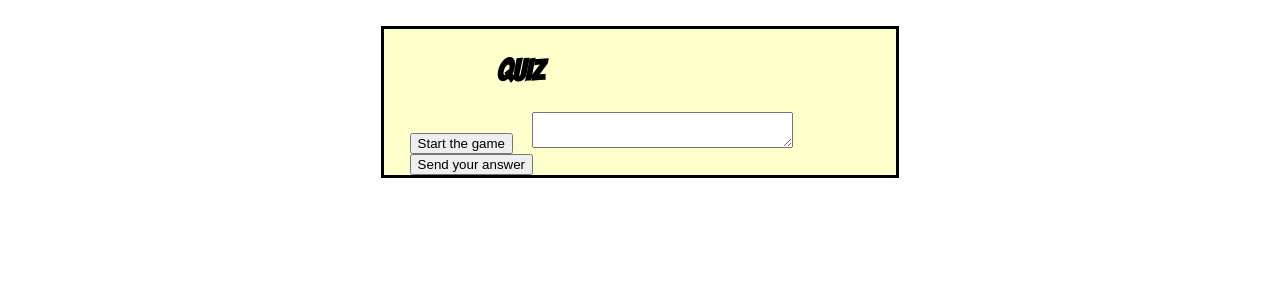
Repository: jb223cp/1dv403-laborationer
Page: 4-thequiz/index.html
The author's editor kept a record of every edit. The page is drawn from the files as they stood at one moment, then again after the next edit.
The browser window is 1280 px wide. The pictures show the whole page.

Above is the page before.

### 4-thequiz/index.html
<!DOCTYPE html>
<html lang="sv">
<head>
	<meta charset="UTF-8" />
	<link href='//fonts.googleapis.com/css?family=Bangers' rel='stylesheet' type='text/css'>
	<link rel="stylesheet" href="css/main.css" media="only screen and (min-width:768px)" />
	      <script src="script/quiznew.js"></script>

 	<title>The Quiz</title>

</head>
    <body>
        <section id="container">
            <h1>QUIZ</h1>



            <input  type="button" class="button" value="Start the game" id="start"></input>
            <textarea cols="30" rows="2" maxlength="250" name="Answer" id="answer"></textarea>
            <input  type="button" class="button" value="Send your answer" id="send"></input>
        </section>
    </body>
</html>

### 4-thequiz/css/main.css
html, body, div, span, applet, object, iframe,
p, blockquote, pre,
a, abbr, acronym, address, big, cite, code,
del, dfn, em, img, ins, kbd, q, s, samp,
small, strike, strong, sub, sup, tt, var,
b, u, i, center, ol, ul, li,
fieldset, form, label, legend,
table, caption, tbody, tfoot, thead, tr, th, td,
article, aside, canvas, details, embed,
figure, figcaption, footer, header, hgroup,
menu, nav, output, ruby, section, summary,
time, mark, audio, video {
	margin: 0;
	padding: 0;
	border: 0;
	font-size: 100%;
	font: inherit;
	vertical-align: baseline;
}
/* HTML5 display-role reset for older browsers */

article, aside, details, figcaption, figure,
footer, header, hgroup, menu, nav, section {
	display: block;
}

section{
    width:40%;
    margin-top:2%;
    background-color:#FFFFCC;
    margin-left:auto;
    margin-right:auto;
    border-style:solid;
    border-color:black;
    border-width:3px;
}

.button{
	margin-left:5%;
}
textarea{
	margin-left:3%;
}

h1{
	font-size:1.9em;
    font-family: 'Bangers';
    padding-left:22%;
}

p{
	font-size:1.2em;
    font-family: 'Bangers';
    padding-left:5%;
}
.question{
	padding-top:2%;
	font-size:1.3em;
}

### 4-thequiz/script/quiznew.js
"use strict";

function Quiz() {


    var start = document.getElementById("start");
    var send = document.getElementById("send");
    var counterGlobal=0;
    var counterPartial=0;
    start.enabled=true;

//Calls the function that gets one question from third part
    start.onclick = function() {
             Question("http://vhost3.lnu.se:20080/question/1");
        }


//Function that gets one question from adress in argument
        function Question(URL){

            var xhr = new XMLHttpRequest();
            xhr.open("GET", URL, true);
            xhr.send(null);
            var objQuestion;

            xhr.onreadystatechange = function() {

                if((xhr.readyState === 4 && xhr.status===200) || xhr.status==304){

                        objQuestion = JSON.parse(xhr.responseText);
                        var questionParagraph = document.createElement("p");
                        questionParagraph.setAttribute("class","question");
                        questionParagraph.innerHTML = objQuestion.question;
                        var section = document.getElementById("container");
                        section.appendChild(questionParagraph);

                        //send.enabled=true;

                        //Calls the function that sends answer on adress that I get from previous adress
                        send.onclick = function() {
                            /*start.disabled=true;*/
                            counterGlobal+=1;
                            Answer(objQuestion.nextURL);
                        }
                };
            }
        }


//Function that sends the answer on adress in argument
        function Answer(URL1){

            var xhrPost = new XMLHttpRequest();
            xhrPost.open("POST", URL1, true);
            xhrPost.setRequestHeader('Content-Type', 'application/json');
            var answer = document.getElementById("answer");
            var currentAnswer = JSON.stringify({"answer": answer.value});
            xhrPost.send(currentAnswer);
            var objResponse;

            xhrPost.onreadystatechange = function() {

                    if((xhrPost.readyState === 4 && xhrPost.status===200) || xhrPost.status==304){

                            objResponse=(JSON.parse(xhrPost.responseText));
                            var answerParagraph = document.createElement("p");
                            answerParagraph.style.color="green";

                            answerParagraph.innerHTML = objResponse.message;

                            var section1 = document.getElementById("container");
                            section1.appendChild(answerParagraph);

                            if (typeof objResponse.nextURL === "undefined") {

                                  answerParagraph.innerHTML = objResponse.message + " You finished the game and it took " + counterGlobal + " tries";
                                  counterGlobal=0;
                            }
                                    counterPartial=0;
                                    Question(objResponse.nextURL);

                    }else if (xhrPost.readyState === 4 && xhrPost.status==400){

                            counterPartial+=1;
                            objResponse=(JSON.parse(xhrPost.responseText));
                            var answerParagraphFailed = document.createElement("p");
                            answerParagraphFailed.style.color="red";
                            answerParagraphFailed.innerHTML = objResponse.message + " and this is attempt number " +counterPartial;

                            var section2 = document.getElementById("container");
                            section2.appendChild(answerParagraphFailed);
                    }
            }
        }
}

window.onload = function() {
    new Quiz();
 };

After the next edit:
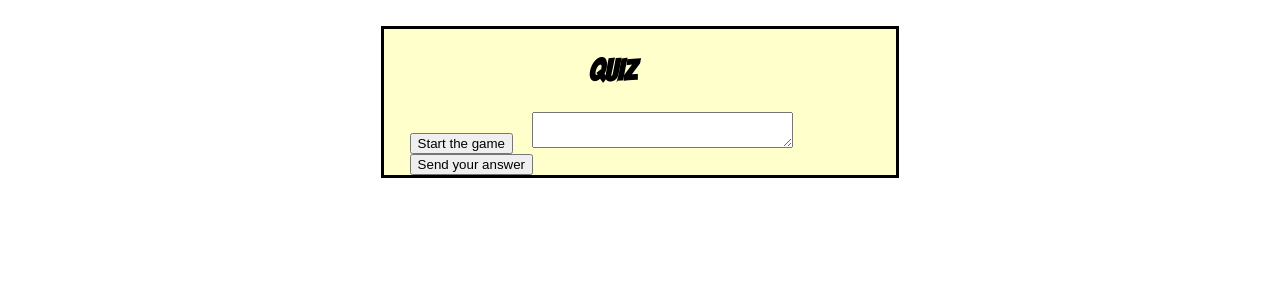
The edit:
--- a/4-thequiz/css/main.css
+++ b/4-thequiz/css/main.css
@@ -45,7 +45,7 @@
 h1{
 	font-size:1.9em;
     font-family: 'Bangers';
-    padding-left:22%;
+    padding-left:40%;
 }
 
 p{
